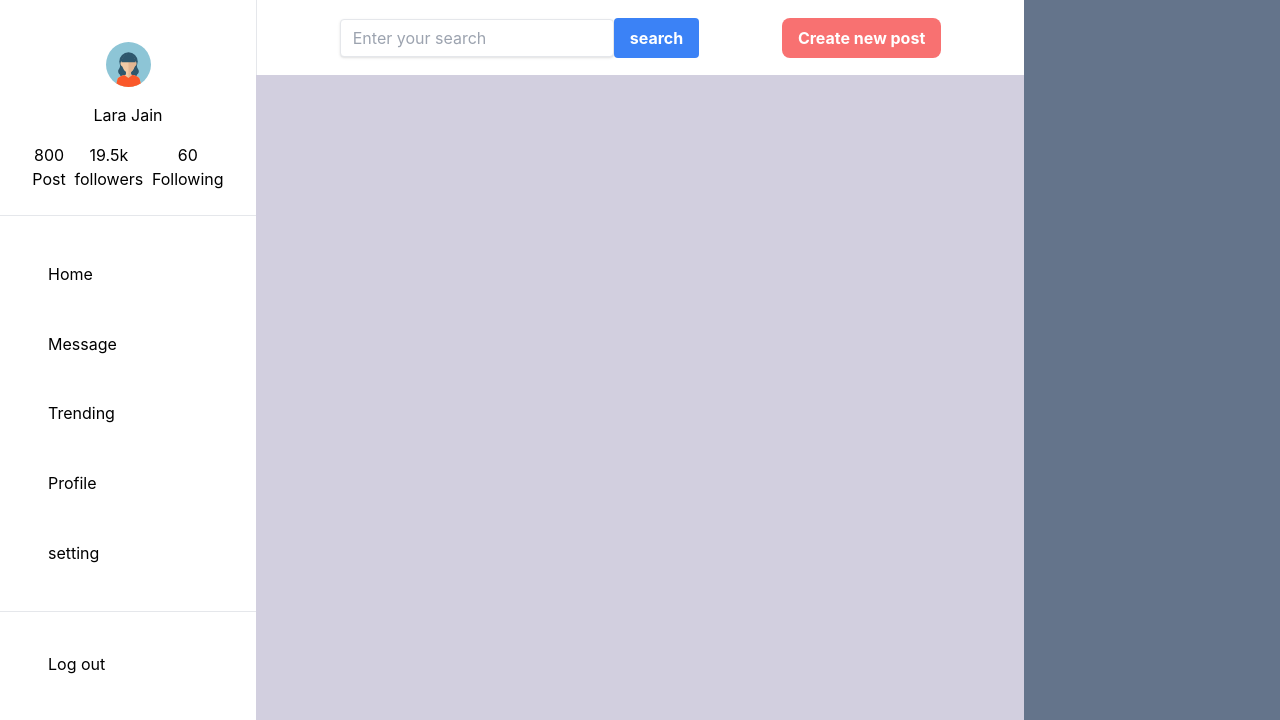
Repository: cosmicswati/upgrad-captions-project
Page: /account/signup
The author's editor kept a copy of each file at every save. The page is drawn from the files as they stood at one save, then again after the next save.
The browser window is 1280 px wide. The pictures show the whole page.
The project was rebuilt for these pictures with package versions that can differ from the ones it lists, and the page was loaded fresh each time. Also part of the build but not shown: src/modules/Authorization/Form.jsx, src/modules/Authorization/index.js.

Above is the page before, as saved 2024-04-09 15:05:50.

After the next save:
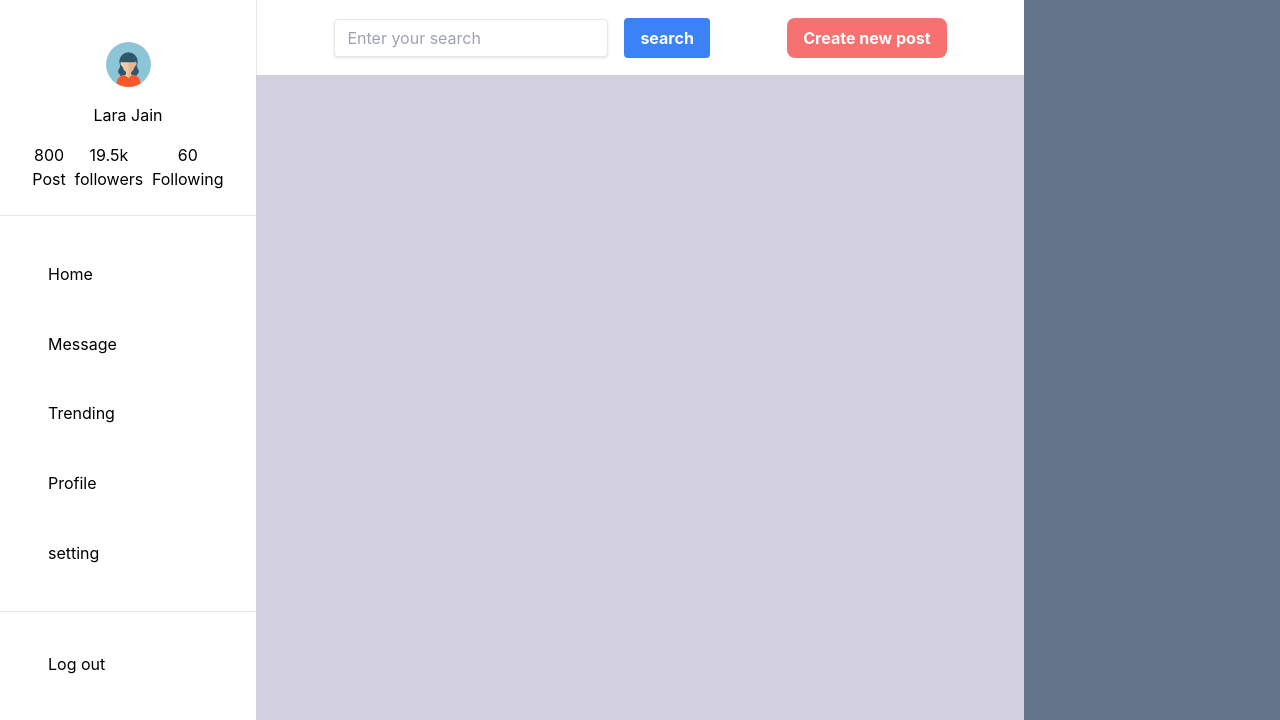
Saved 60 s later.
--- a/src/modules/Home/index.js
+++ b/src/modules/Home/index.js
@@ -42,7 +42,7 @@ const Home = () => {
             <div className='bg-white h-[75px] border-l flex justify-evenly items-center pt-4'>
                  <div className='flex justify-center items-center'>
                     <Input placeholder='Enter your search '/>
-                    <Button label='search'  className='mb-4'/>
+                    <Button label='search'  className='mb-4 ml-4'/>
                  </div>
                  <Button label='Create new post'  className='rounded-lg bg-red-400 hover:bg-red-500 mb-4'/>
             </div>
